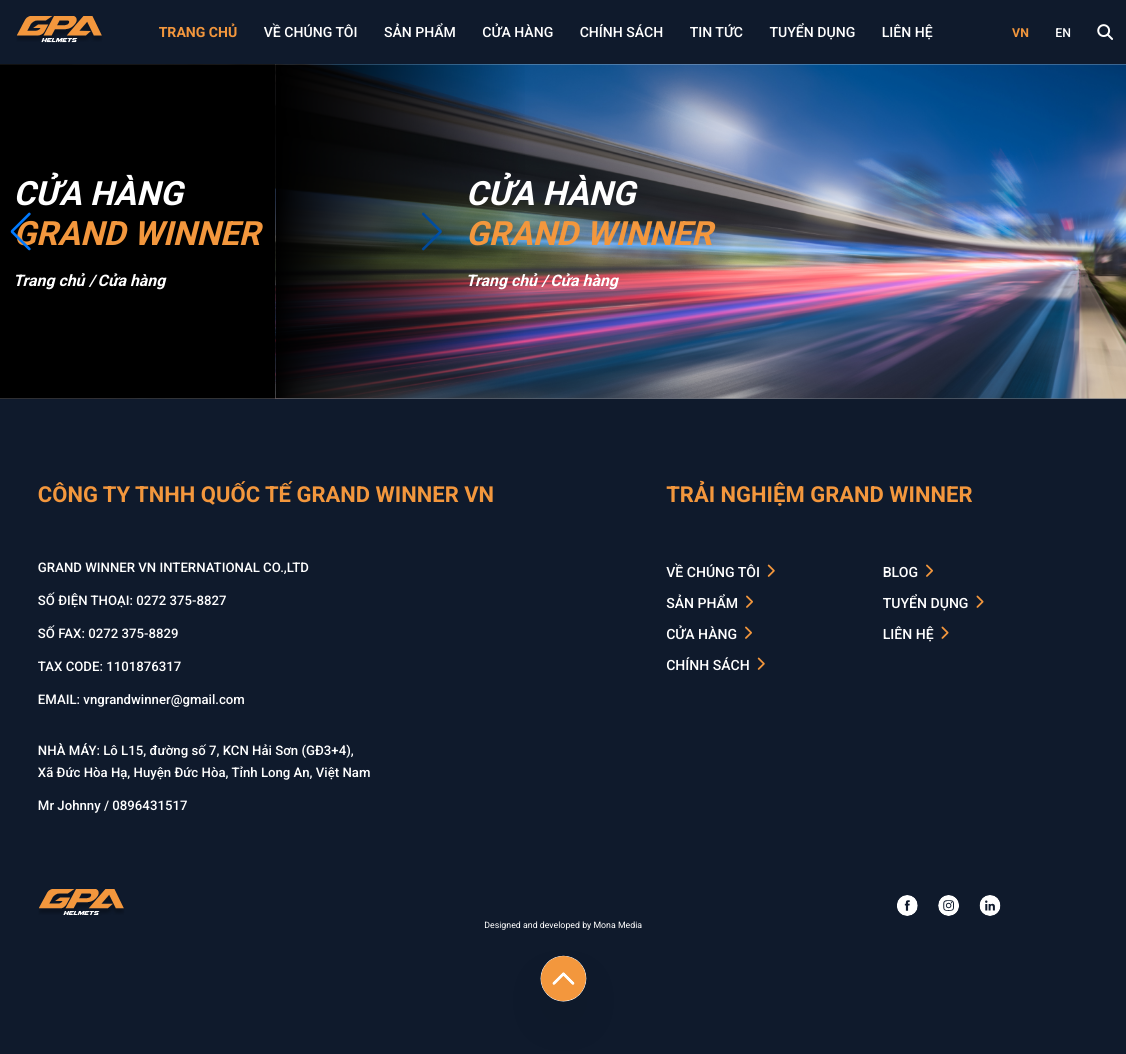
Repository: ThangNguyenT5/GrandWinner
Page: index.html
An editor plug-in stored every save of this project. The page is shown before and after the next save, followed by the edit.
The browser window is 1280 px wide. The pictures show the whole page, at 88% of full size.
Pictures or frames that could not be fetched are drawn as grey boxes. Some web libraries are served in a nearby version.

Above is the page before, as saved 2023-03-28 13:57:06.

### index.html
<!DOCTYPE html>
<html lang="en">
<head>
    <meta charset="UTF-8">
    <meta http-equiv="X-UA-Compatible" content="IE=edge">
    <meta name="viewport" content="width=device-width, initial-scale=1.0">
    <title>Cửa Hàng - GRAND WINNER</title>
    <link rel="icon" href="./assets/images/GPA-logo-small.svg">
    <link rel="stylesheet" href="./assets/css/base.css">
    <link rel="stylesheet" href="./assets/css/styles.css">
    <link rel="stylesheet" href="./assets/css/grid.css">
    <link rel="stylesheet" href="./assets/css/responsive.css">
    <link rel="stylesheet" href="https://cdnjs.cloudflare.com/ajax/libs/font-awesome/6.3.0/css/all.min.css" integrity="sha512-SzlrxWUlpfuzQ+pcUCosxcglQRNAq/DZjVsC0lE40xsADsfeQoEypE+enwcOiGjk/bSuGGKHEyjSoQ1zVisanQ==" crossorigin="anonymous" referrerpolicy="no-referrer" />
    <link href="https://fonts.googleapis.com/css2?family=Roboto:wght@300;400;500;700;900&display=swap" rel="stylesheet">
    <link href="https://unpkg.com/aos@2.3.1/dist/aos.css" rel="stylesheet">
    <link rel="stylesheet" href="https://cdn.jsdelivr.net/npm/swiper@9/swiper-bundle.min.css"/>
</head>
<body>
    <!-- HEADER -->
    <header class="hd">
        <div class="hd-ctn">
            <div class="hd-logo">
                <a href="#" class="custom-logo-link">
                    <img src="./assets/images/GPA-logo-small.svg" alt="GRAND WINNER" class="custom-logo">
                </a>
            </div>
            <div class="hd-menu hdMenu">
                <div class="hd-menu-close">
                    <!-- <i class="fa-solid fa-bars"></i> -->
                    <i class="fa-solid fa-xmark"></i>
                </div>
                <div class="menu">
                    <ul class="menu-list">
                        <li class="menu-item">
                            <a href="./index.html" class="menu-item-link current-menu-item">Trang chủ</a>
                        </li>
                        <li class="menu-item">
                            <a href="#" class="menu-item-link">Về chúng tôi</a>
                        </li>
                        <li class="menu-item">
                            <a href="./products.html" class="menu-item-link">Sản phẩm</a>
                        </li>
                        <li class="menu-item">
                            <a href="./store.html" class="menu-item-link">Cửa hàng</a>
                        </li>
                        <li class="menu-item">
                            <a href="./policy.html" class="menu-item-link">Chính sách</a>
                        </li>
                        <li class="menu-item">
                            <a href="#" class="menu-item-link">Tin tức</a>
                        </li>
                        <li class="menu-item">
                            <a href="#" class="menu-item-link">Tuyển dụng</a>
                        </li>
                        <li class="menu-item">
                            <a href="#" class="menu-item-link">Liên hệ</a>
                        </li>
                    </ul>
                </div>
                <div class="hd-menu-social">
                    <ul class="hd-social-list">
                        <li class="hd-social-item">
                            <a href="#">
                                <img src="./assets/images/./icon/fixed-menu-icon-facebook.svg" alt="facebook-icon">
                            </a>
                        </li>
                        <li class="hd-social-item">
                            <a href="#">
                                <img src="./assets/images/icon/fixed-menu-icon-instagram.svg" alt="instagram-icon">
                            </a>
                        </li>
                        <li class="hd-social-item">
                            <a href="#">
                                <img src="./assets/images/icon/fixed-menu-icon-linkedin.svg" alt="linkedin-icon">
                            </a>
                        </li>
                        <li class="hd-social-item">
                            <a href="#">
                                <img src="./assets/images/icon/fixed-menu-icon-telephone.svg" alt="telephone-icon">
                            </a>
                        </li>
                    </ul>
                </div>
            </div>
            <!-- < 1200px -->
            <div class="bg-page"></div>

            <div class="hd-controls">
                <div class="hd-lang">
                <ul class="hd-lang-list">
                    <li class="hd-lang-item">
                        <a class="lang-item-link current-lang-item" href="#">vn</a>
                    </li>
                    <li class="hd-lang-item">
                        <a class="lang-item-link" href="#">en</a>
                    </li>
                </ul>
                </div>
                <div class="hd-search">
                    <i class="hd-search-icon fa-solid fa-magnifying-glass"></i>
                    <div class="hd-search-form">
                        <form>
                            <div class="form-ctn">
                                <input type="text" placeholder="Tìm Kiếm...">
                                <input type="submit" value="">
                            </div>
                        </form>
                    </div>
                </div>
                <div class="hd-bar">
                    <i class="fa-solid fa-bars"></i>
                </div>
            </div>
        </div>
    </header>

    <!-- MAIN -->
    <main>
        <div class="banner-page">
            <div class="banner-page-img">
                <img src="./assets/images/banner/banner-trangchu.png" alt="banner-cuahang">
            </div>
            <div class="swiper mySwiper">
                <div class="swiper-wrapper">
                  <div class="swiper-slide">
                    <div class="banner-page-content">
                        <div class="container">
                            <div class="content">
                                <div class="banner-page-tt" data-aos="fade-left">
                                    <h2>
                                        Cửa hàng
                                        <br>
                                        <span class="h1">GRAND WINNER</span>
                                    </h2>
                                </div>
                                    <div class="breadcrumb" data-aos="fade-right">
                                    <ul class="breadcrumb-list">
                                        <li class="breadcrumb-item">
                                            <a href="#">Trang chủ</a>
                                        </li>
                                        <li class="breadcrumb-item">
                                            <a href="#">Cửa hàng</a>
                                        </li>
                                    </ul>
                                </div>
                            </div>
                        </div>
                    </div>
                  </div>
                  <div class="swiper-slide">
                    <div class="banner-page-content">
                        <div class="container">
                            <div class="content">
                                <div class="banner-page-tt" data-aos="fade-left">
                                    <h2>
                                        Cửa hàng 1
                                        <br>
                                        <span class="h1">GRAND WINNER</span>
                                    </h2>
                                </div>
                                    <div class="breadcrumb" data-aos="fade-right">
                                    <ul class="breadcrumb-list">
                                        <li class="breadcrumb-item">
                                            <a href="#">Trang chủ</a>
                                        </li>
                                        <li class="breadcrumb-item">
                                            <a href="#">Cửa hàng</a>
                                        </li>
                                    </ul>
                                </div>
                            </div>
                        </div>
                    </div>
                  </div>
                  <div class="swiper-slide">Slide 2</div>
                  <div class="swiper-slide">Slide 3</div>
                  <div class="swiper-slide">Slide 4</div>
                  <div class="swiper-slide">Slide 5</div>
                  <div class="swiper-slide">Slide 6</div>
                  <div class="swiper-slide">Slide 7</div>
                  <div class="swiper-slide">Slide 8</div>
                  <div class="swiper-slide">Slide 9</div>
                </div>
                <div class="swiper-button-next"></div>
                <div class="swiper-button-prev"></div>
                <div class="swiper-pagination"></div>
            </div>


            <div class="banner-page-content">
                <div class="container">
                    <div class="content">
                        <div class="banner-page-tt" data-aos="fade-left">
                            <h2>
                                Cửa hàng
                                <br>
                                <span class="h1">GRAND WINNER</span>
                            </h2>
                        </div>
                            <div class="breadcrumb" data-aos="fade-right">
                            <ul class="breadcrumb-list">
                                <li class="breadcrumb-item">
                                    <a href="#">Trang chủ</a>
                                </li>
                                <li class="breadcrumb-item">
                                    <a href="#">Cửa hàng</a>
                                </li>
                            </ul>
                        </div>
                    </div>
                </div>
            </div>
        </div>

    </main>

    <!-- FOOTER -->
    <footer class="ft">
        <div class="container">
            <div class="ft-top">
                <div class="ft-ctn">
                    <div class="col col-7">
                        <div class="ft-tt">
                            CÔNG TY TNHH QUỐC TẾ GRAND WINNER VN
                        </div>
                        <div class="ft-desc">
                            <p>
                                <span class="ft-label">
                                    GRAND WINNER VN INTERNATIONAL CO.,LTD
                                </span>
                            </p>
                            <p>
                                <span class="ft-label">
                                    SỐ ĐIỆN THOẠI:
                                </span>
                                <span class="ft-dt">
                                    <a href="tel:0272375-8827">0272 375-8827</a>
                                </span>
                            </p>
                            <p>
                                <span class="ft-label">
                                    SỐ FAX:
                                </span>
                                <span class="ft-dt">
                                    0272 375-8829
                                </span>
                            </p>
                            <p>
                                <span class="ft-label">
                                    TAX CODE:
                                </span>
                                <span class="ft-dt">
                                    <a href="tel:1101876317" class="dt">1101876317</a>
                                </span>
                            </p>
                            <p>
                                <span class="ft-label">
                                    EMAIL:
                                </span>
                                <span class="ft-dt">
                                    <a href="mailto:vngrandwinner@gmail.com" class="dt">vngrandwinner@gmail.com</a>
                                </span>
                            </p>

                        </div>
                        <div class="ft-desc">
                            <p>
                                <span class="ft-label">NHÀ MÁY:</span>
                                <span class="ft-dt">
                                    Lô L15, đường số 7, KCN Hải Sơn (GĐ3+4), Xã Đức Hòa Hạ, Huyện Đức Hòa, Tỉnh Long An, Việt Nam
                                </span>
                            </p>
                            <p>
                                <span class="ft-label"></span>
                                <span class="ft-dt">
                                    Mr Johnny /
                                    <a href="tel:0896431517">0896431517</a>
                                </span>
                            </p>
                        </div>
                    </div>
                    <div class="col col-5">
                        <div class="ft-tt">TRẢI NGHIỆM GRAND WINNER</div>
                        <div class="ft-menu">
                            <ul class="ft-menu-list">
                                <li class="ft-menu-item">
                                    <a href="#">
                                        VỀ CHÚNG TÔI
                                        <i class="fa-solid fa-chevron-right"></i>
                                    </a>
                                </li>
                                <li class="ft-menu-item">
                                    <a href="#">
                                        BLOG
                                        <i class="fa-solid fa-chevron-right"></i>
                                    </a>
                                </li>
                                <li class="ft-menu-item">
                                    <a href="./products.html">
                                        SẢN PHẨM
                                        <i class="fa-solid fa-chevron-right"></i>
                                    </a>
                                </li>
                                <li class="ft-menu-item">
                                    <a href="#">
                                        TUYỂN DỤNG
                                        <i class="fa-solid fa-chevron-right"></i>
                                    </a>
                                </li>
                                <li class="ft-menu-item">
                                    <a href="./store.html">
                                        CỬA HÀNG
                                        <i class="fa-solid fa-chevron-right"></i>
                                    </a>
                                </li>
                                <li class="ft-menu-item">
                                    <a href="#">
                                        LIÊN HỆ
                                        <i class="fa-solid fa-chevron-right"></i>
                                    </a>
                                </li>
                                <li class="ft-menu-item">
                                    <a href="./policy.html">
                                        CHÍNH SÁCH
                                        <i class="fa-solid fa-chevron-right"></i>
                                    </a>
                                </li>
                            </ul>
                        </div>
                        <div class="ft-map">
                            <iframe src="https://www.google.com/maps/embed?pb=!1m18!1m12!1m3!1d3919.2654292862435!2d106.65393045080707!3d10.790971361837054!2m3!1f0!2f0!3f0!3m2!1i1024!2i768!4f13.1!3m3!1m2!1s0x31752ec9c9b7e9cd%3A0x6f4a03550865d9ac!2sThe%20Mona%20Building!5e0!3m2!1svi!2s!4v1679826724121!5m2!1svi!2s" width="600" height="450" style="border:0;" allowfullscreen="" loading="lazy" referrerpolicy="no-referrer-when-downgrade"></iframe>
                        </div>
                    </div>
                </div>
            </div>
            <div class="ft-bottom">
                <div class="ft-social">
                    <div class="ft-logo">
                        <a href="#" class="custom-logo-link">
                            <img src="./assets/images/GPA-logo-small.svg" alt="GRAND WINNER">
                        </a>
                    </div>
                    <ul class="ft-social-list">
                        <li class="ft-social-item">
                            <a href="#">
                                <img src="./assets/images/icon/ft-facebook.svg" alt="facebook-icon">
                                <img src="./assets/images/icon/ft-facebook.svg" alt="facebook-icon">
                            </a>
                        </li>
                        <li class="ft-social-item">
                            <a href="#">
                                <img src="./assets/images/icon/ft-instagram.svg" alt="instagram-icon">
                                <img src="./assets/images/icon/ft-instagram.svg" alt="instagram-icon">
                            </a>
                        </li>
                        <li class="ft-social-item">
                            <a href="#">
                                <img src="./assets/images/icon/ft-linkedin.svg" alt="linkedin-icon">
                                <img src="./assets/images/icon/ft-linkedin.svg" alt="linkedin-icon">
                            </a>
                        </li>
                    </ul>
                </div>
            </div>
        </div>
        <div class="ft-by">
            <p>Designed and developed by Mona Media</p>
            <div class="move-top">
                <a href="#">
                    <img src="./assets/images/icon/move-top.svg" alt="">
                    <img src="./assets/images/icon/move-top.svg" alt="">
                </a>
            </div>
        </div>
    </footer>

    <!-- MENU-SOCIAL-FIXED -->
    <div class="menu-social-fixed">
        <ul class="menu-social-list">
            <li class="menu-social-item">
                <a href="#">
                    <img src="./assets/images/icon/fixed-menu-icon-facebook.svg" alt="facebook-icon">
                    <img src="./assets/images/icon/fixed-menu-icon-facebook.svg" alt="facebook-icon">
                </a>
            </li>
            <li class="menu-social-item">
                <a href="#">
                    <img src="./assets/images/icon/fixed-menu-icon-instagram.svg" alt="instagram-icon">
                    <img src="./assets/images/icon/fixed-menu-icon-instagram.svg" alt="instagram-icon">
                </a>
            </li>
            <li class="menu-social-item">
                <a href="#">
                    <img src="./assets/images/icon/fixed-menu-icon-linkedin.svg" alt="linkedin-icon">
                    <img src="./assets/images/icon/fixed-menu-icon-linkedin.svg" alt="linkedin-icon">
                </a>
            </li>
            <li class="menu-social-item">
                <a href="#">
                    <img src="./assets/images/icon/fixed-menu-icon-telephone.svg" alt="telephone-icon">
                    <img src="./assets/images/icon/fixed-menu-icon-telephone.svg" alt="telephone-icon">
                </a>
            </li>
        </ul>
    </div>
    <script src="https://unpkg.com/aos@2.3.1/dist/aos.js"></script>
    <script src="https://cdn.jsdelivr.net/npm/swiper@9/swiper-bundle.min.js"></script>
    <script src="./index.js"></script>
</body>
</html>

### assets/css/base.css
* {
    margin: 0;
    padding: 0;
    box-sizing: border-box;
}

html {
    font-size: 62.5%;
    scroll-behavior: smooth;
    font-family: 'Roboto', sans-serif;
}


:root {
    /* Color */
    --primary-color: #0F1A2C;
    --secondary-color: #F3973D;


    --container-padding-x: 3rem;
    --container-max-width: 100%;
    --container-fluid: calc((120rem + var(--container-padding-x)));
}

a {
    text-decoration: none;
    color: inherit;
}

.col {
    width: 50%;
}


button, select, input, textarea {
    font-family: "Roboto", "sans-serif";
    font-size: 1.4rem;
    line-height: 1.2;
    padding: 0;
    border: none;
    outline: none;
    resize: none;
    vertical-align: middle;
}

Loaded but not shown: index.js (59 lines, source omitted); assets/css/styles.css (854 lines, source omitted); assets/css/responsive.css (300 lines, source omitted); assets/css/grid.css (186 lines, source omitted)

After the next save:
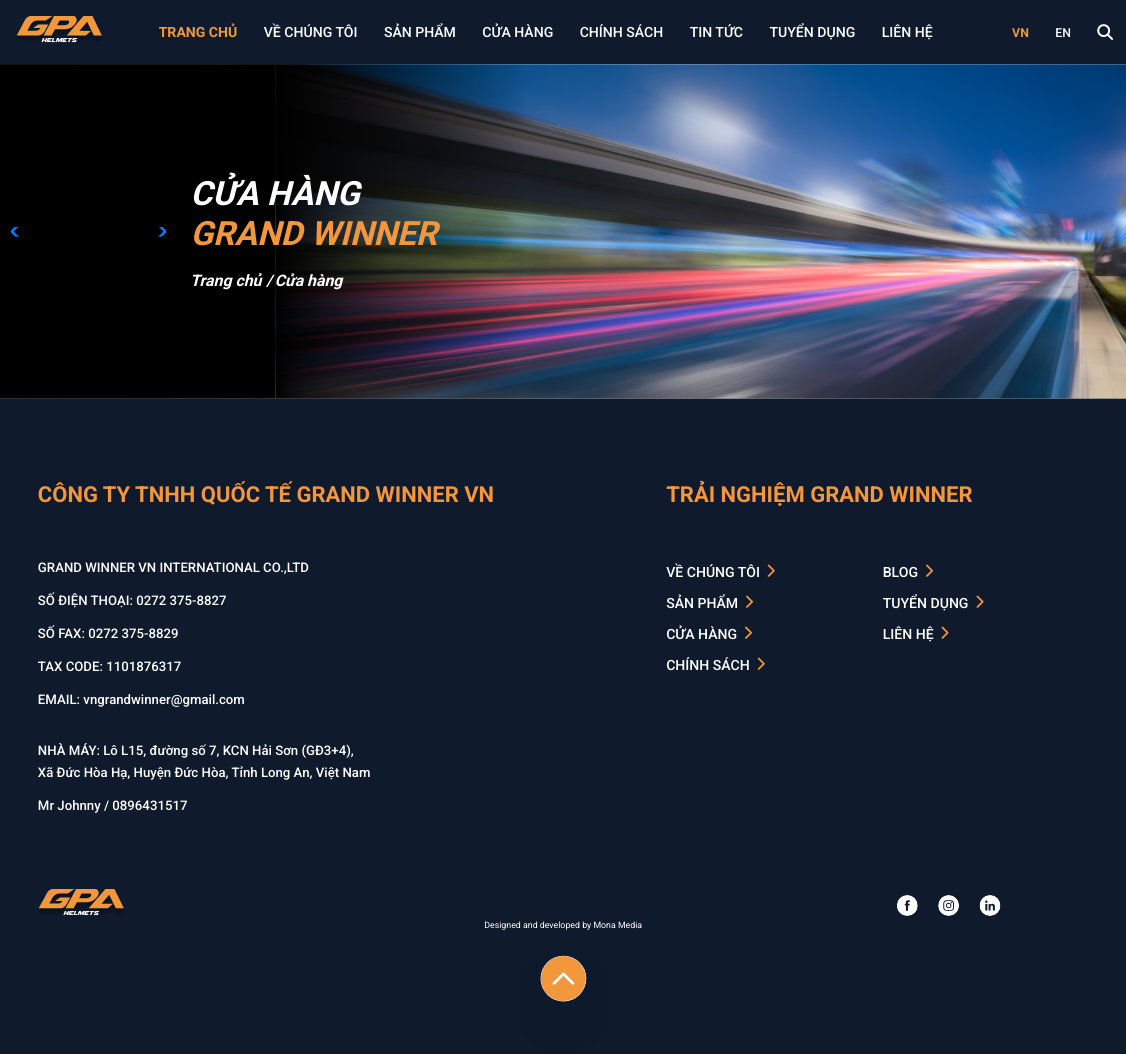
Saved 16 s later.
--- a/index.html
+++ b/index.html
@@ -122,56 +122,6 @@
             </div>
             <div class="swiper mySwiper">
                 <div class="swiper-wrapper">
-                  <div class="swiper-slide">
-                    <div class="banner-page-content">
-                        <div class="container">
-                            <div class="content">
-                                <div class="banner-page-tt" data-aos="fade-left">
-                                    <h2>
-                                        Cửa hàng
-                                        <br>
-                                        <span class="h1">GRAND WINNER</span>
-                                    </h2>
-                                </div>
-                                    <div class="breadcrumb" data-aos="fade-right">
-                                    <ul class="breadcrumb-list">
-                                        <li class="breadcrumb-item">
-                                            <a href="#">Trang chủ</a>
-                                        </li>
-                                        <li class="breadcrumb-item">
-                                            <a href="#">Cửa hàng</a>
-                                        </li>
-                                    </ul>
-                                </div>
-                            </div>
-                        </div>
-                    </div>
-                  </div>
-                  <div class="swiper-slide">
-                    <div class="banner-page-content">
-                        <div class="container">
-                            <div class="content">
-                                <div class="banner-page-tt" data-aos="fade-left">
-                                    <h2>
-                                        Cửa hàng 1
-                                        <br>
-                                        <span class="h1">GRAND WINNER</span>
-                                    </h2>
-                                </div>
-                                    <div class="breadcrumb" data-aos="fade-right">
-                                    <ul class="breadcrumb-list">
-                                        <li class="breadcrumb-item">
-                                            <a href="#">Trang chủ</a>
-                                        </li>
-                                        <li class="breadcrumb-item">
-                                            <a href="#">Cửa hàng</a>
-                                        </li>
-                                    </ul>
-                                </div>
-                            </div>
-                        </div>
-                    </div>
-                  </div>
                   <div class="swiper-slide">Slide 2</div>
                   <div class="swiper-slide">Slide 3</div>
                   <div class="swiper-slide">Slide 4</div>
